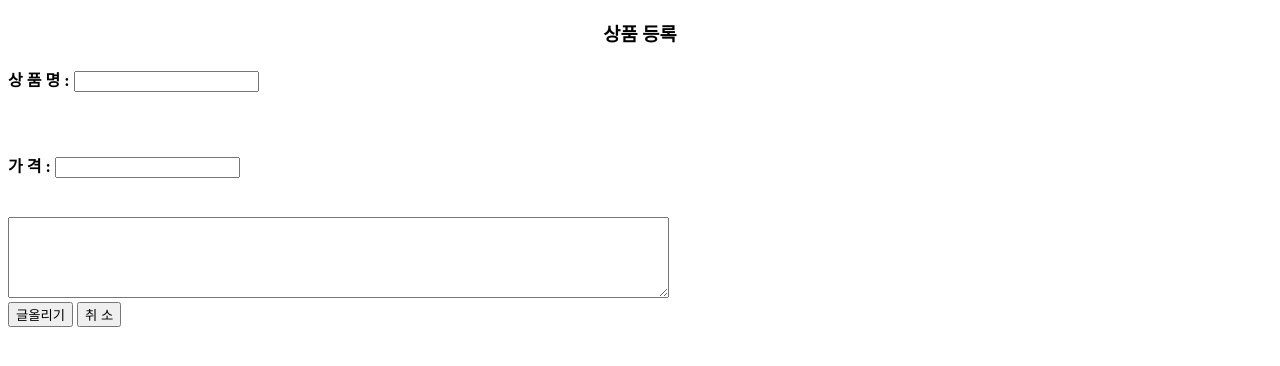
Repository: supremehappy/JSP_test02
Page: Myhome/WebContent/productInput.html
The author's editor kept a copy of each file at every save. The page is drawn from the files as they stood at one save, then again after the next save.
The browser window is 1280 px wide. The pictures show the whole page.

Above is the page before, as saved 2017-07-27 04:19:35.

### Myhome/WebContent/productInput.html
<!DOCTYPE html>
<html>
<head>
<meta charset="UTF-8">
<title>Insert title here</title>
</head>
<body>
<h3 align="center">상품 등록</h3>
<form action="pro-post" method="post">
<h4>상 품 명 : <input type="text" name="PRONAME"></h4><br>
<h4>가 격 : <input type="text" name="PROPRICE"></h4><br>
<textarea cols="80" rows="5" name="CONTENT"></textarea><br/>
<input type="submit" value="글올리기"/>
<input type="reset" value="취 소"/>
</form>
</body>
</html>

After the next save:
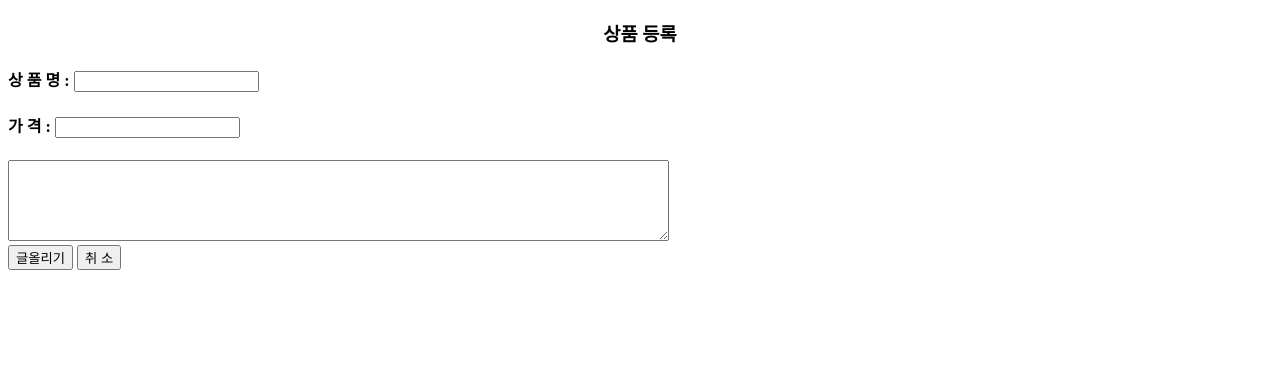
Saved 15 s later.
--- a/Myhome/WebContent/productInput.html
+++ b/Myhome/WebContent/productInput.html
@@ -7,8 +7,8 @@
 <body>
 <h3 align="center">상품 등록</h3>
 <form action="pro-post" method="post">
-<h4>상 품 명 : <input type="text" name="PRONAME"></h4><br>
-<h4>가 격 : <input type="text" name="PROPRICE"></h4><br>
+<h4>상 품 명 : <input type="text" name="PRONAME"></h4>
+<h4>가 격 : <input type="text" name="PROPRICE"></h4>
 <textarea cols="80" rows="5" name="CONTENT"></textarea><br/>
 <input type="submit" value="글올리기"/>
 <input type="reset" value="취 소"/>
